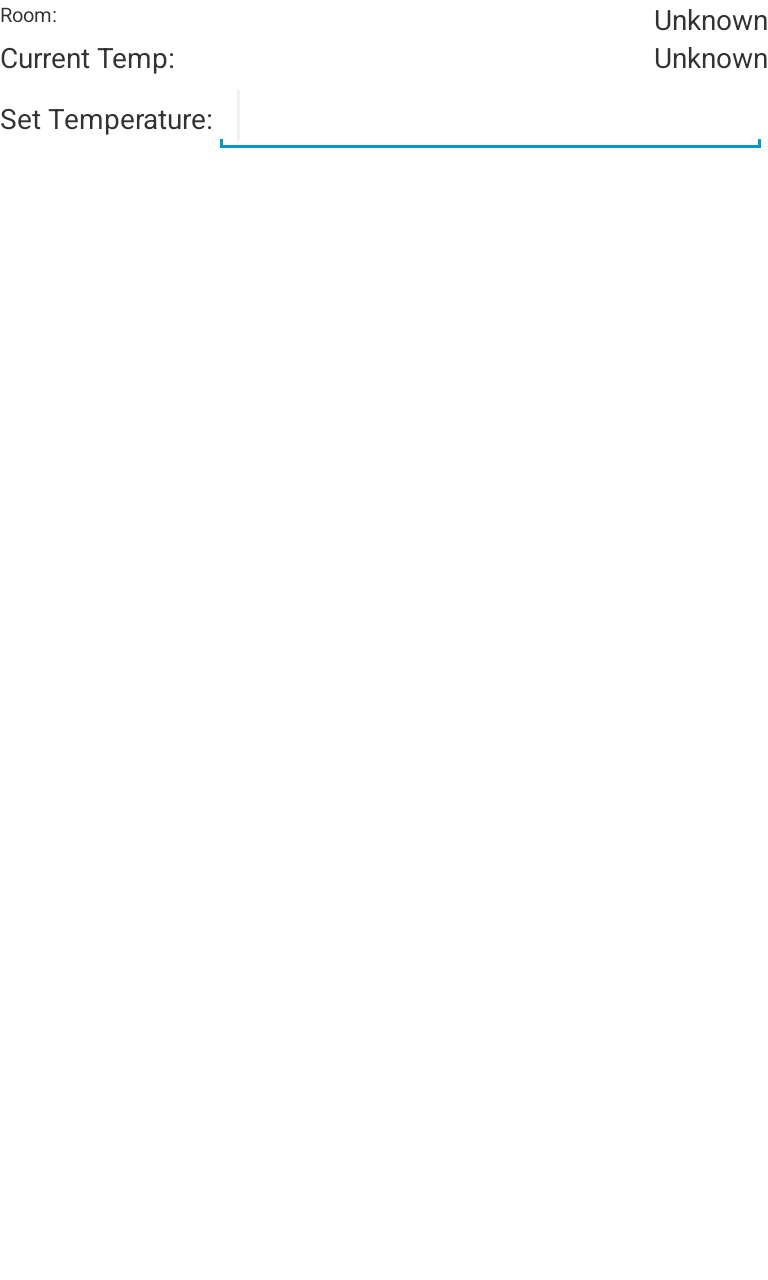
Repository: finerrecliner/SmartVent
Layout: SmartVent/res/layout/activity_main.xml
The author's editor kept a copy of each file at every save. The layout is drawn from the files as they stood at one save, then again after the next save.
It is drawn on a 768 x 1280 px phone screen (xhdpi) without system bars, with theme AppTheme; the app's code is not run.

Above is the layout before, as saved 2013-11-02 18:05:08.

After the next save:
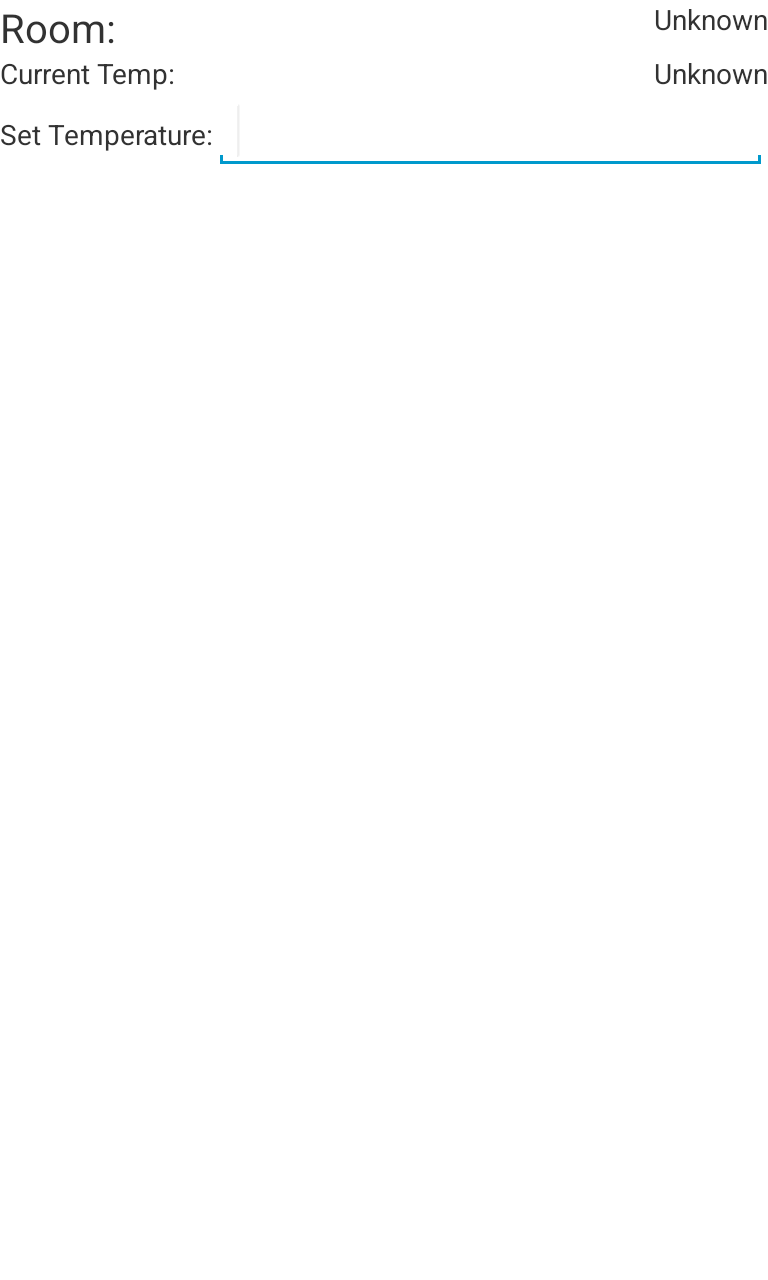
Saved 13 s later.
--- a/SmartVent/res/layout/activity_main.xml
+++ b/SmartVent/res/layout/activity_main.xml
@@ -14,7 +14,7 @@
 	    <TextView
 	        android:layout_width="wrap_content"
 	        android:layout_height="wrap_content"
-	        android:textSize="10sp"
+	        android:textSize="20sp"
 	        android:text="@string/room_label" />
 
 	    <TextView
